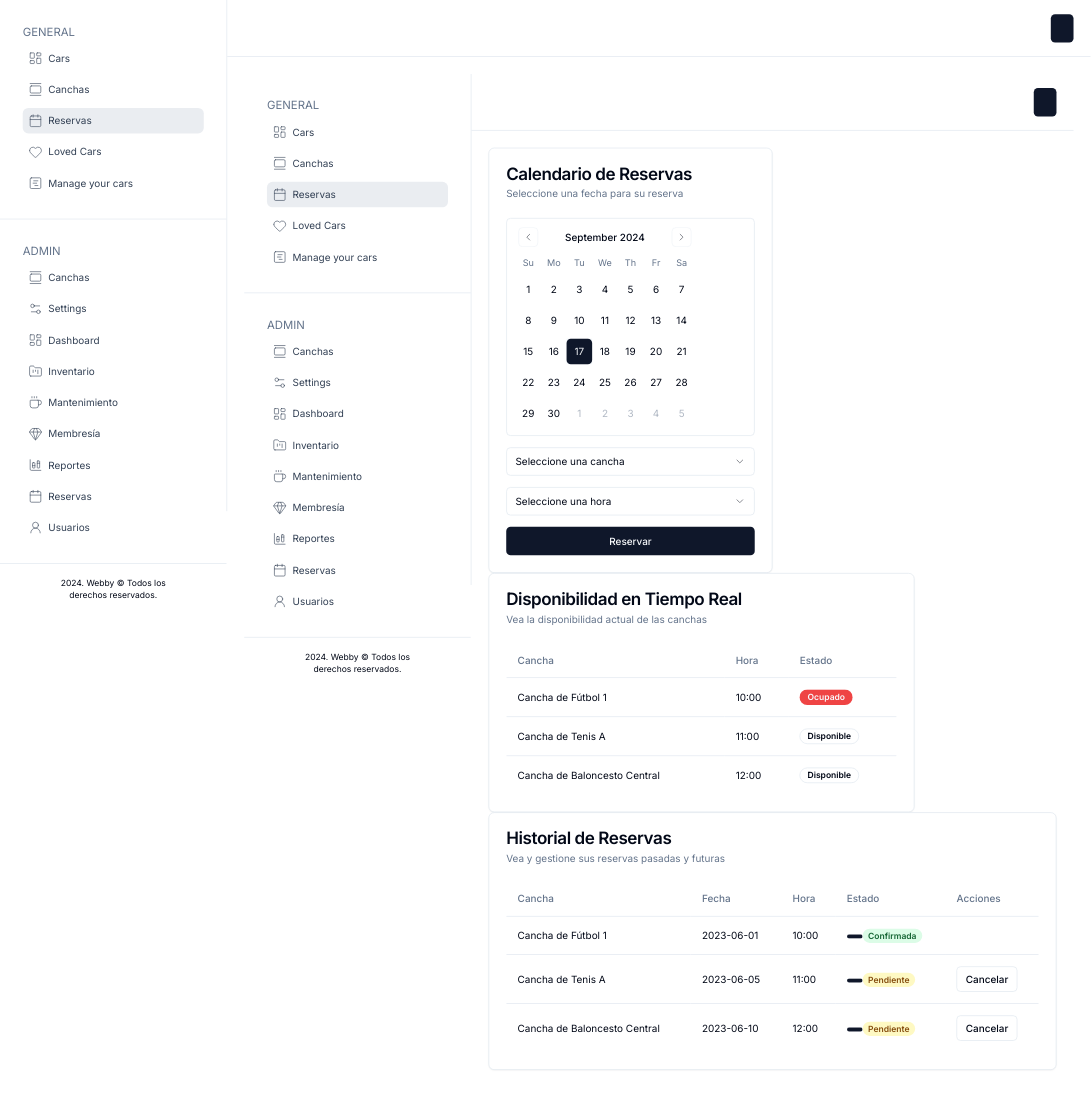
Repository: Jackson-sch/cdeporte
Page: /reservas
These files come from the project's save history. The page is drawn as it stood at one moment and after the next save; the edit follows.
The browser window is 1280 px wide. The page is 1536 px wide, so the pictures cover 1536 px, including what lies to the right of the window. The pictures show the whole page, at 71% of full size.
The project was rebuilt for these pictures with package versions that can differ from the ones it lists, and the page was loaded fresh each time. The framework's server and built-in components were replaced by stand-ins that run in the browser. Also part of the build but not shown: next.config.mjs, src/components/ui/label.jsx, src/components/ui/input.jsx, src/components/Reservas/HistorialReserva.jsx.

Above is the page before, as saved 2024-09-17 20:00:25.

### src/app/layout.jsx
import { Inter } from "next/font/google";
import "./globals.css";
import { Toaster } from "@/components/ui/toaster";

const inter = Inter({ subsets: ["latin"] });

export const metadata = {
  title: "Create Next App",
  description: "Generated by create next app",
};

export default function RootLayout({ children }) {
  return (
    <html lang="en">
      <body className={inter.className}>
        {children}
        <Toaster />
        </body>
    </html>
  );
}

### src/app/(routes)/layout.jsx
import { NavbarDashboard } from "@/components/NavbarDashboard/NavbarDashboard";
import { Sidebar } from "@/components/Sidebar/Sidebar";




export default function LayoutDashboard({ children }) {
  return (
    <div className="flex w-full h-full">
      <div className="hidden h-full xl:block w-80 xl:fixed">
        <Sidebar />
      </div>
      <div className="w-full h-full xl:ml-80">
        <NavbarDashboard />
        <div className="p-6 h-max container">{children}</div>
      </div>
    </div>
  );
}

### src/app/(routes)/(cliente)/layout.jsx
import { NavbarDashboard } from "@/components/NavbarDashboard/NavbarDashboard";
import { Sidebar } from "@/components/Sidebar/Sidebar";




export default function LayoutDashboard({ children }) {
  return (
    <div className="flex w-full h-full">
      <div className="hidden h-full xl:block w-80 xl:fixed">
        <Sidebar />
      </div>
      <div className="w-full h-full xl:ml-80">
        <NavbarDashboard />
        <div className="p-6 h-max">{children}</div>
      </div>
    </div>
  );
}

### src/components/ui/toaster.jsx
"use client"

import {
  Toast,
  ToastClose,
  ToastDescription,
  ToastProvider,
  ToastTitle,
  ToastViewport,
} from "@/components/ui/toast"
import { useToast } from "@/components/ui/use-toast"

export function Toaster() {
  const { toasts } = useToast()

  return (
    (<ToastProvider>
      {toasts.map(function ({ id, title, description, action, ...props }) {
        return (
          (<Toast key={id} {...props}>
            <div className="grid gap-1">
              {title && <ToastTitle>{title}</ToastTitle>}
              {description && (
                <ToastDescription>{description}</ToastDescription>
              )}
            </div>
            {action}
            <ToastClose />
          </Toast>)
        );
      })}
      <ToastViewport />
    </ToastProvider>)
  );
}

### src/components/NavbarDashboard/NavbarDashboard.jsx
import { Sheet, SheetContent, SheetTrigger } from "@/components/ui/sheet";
import {Button } from "@/components/ui/button";
import { Menu } from "lucide-react";
import { SidebarRoutes } from "../SidebarRoutes/SidebarRoutes";



export function NavbarDashboard() {
  return (
    <nav className="flex items-center justify-between w-full h-20 px-2 border-b gap-x-4 md:px-6 bg-background">
      <div className="block xl:hidden">
        <Sheet>
          <SheetTrigger className="flex items-center">
            <Menu />
          </SheetTrigger>
          <SheetContent side="left">
            <SidebarRoutes />
          </SheetContent>
        </Sheet>
      </div>
      <div className="flex items-center justify-end w-full gap-x-2">
        <Button />
      </div>
    </nav>
  );
}

### src/components/Sidebar/Sidebar.jsx
import { SidebarRoutes } from "../SidebarRoutes/SidebarRoutes";


export function Sidebar() {
  return (
    <div className="h-screen">
      <div className="flex flex-col h-full border-r">
        <SidebarRoutes />
      </div>
    </div>
  );
}

### src/components/ui/card.jsx
import * as React from "react"

import { cn } from "@/lib/utils"

const Card = React.forwardRef(({ className, ...props }, ref) => (
  <div
    ref={ref}
    className={cn("rounded-lg border bg-card text-card-foreground shadow-sm", className)}
    {...props} />
))
Card.displayName = "Card"

const CardHeader = React.forwardRef(({ className, ...props }, ref) => (
  <div
    ref={ref}
    className={cn("flex flex-col space-y-1.5 p-6", className)}
    {...props} />
))
CardHeader.displayName = "CardHeader"

const CardTitle = React.forwardRef(({ className, ...props }, ref) => (
  <h3
    ref={ref}
    className={cn("text-2xl font-semibold leading-none tracking-tight", className)}
    {...props} />
))
CardTitle.displayName = "CardTitle"

const CardDescription = React.forwardRef(({ className, ...props }, ref) => (
  <p
    ref={ref}
    className={cn("text-sm text-muted-foreground", className)}
    {...props} />
))
CardDescription.displayName = "CardDescription"

const CardContent = React.forwardRef(({ className, ...props }, ref) => (
  <div ref={ref} className={cn("p-6 pt-0", className)} {...props} />
))
CardContent.displayName = "CardContent"

const CardFooter = React.forwardRef(({ className, ...props }, ref) => (
  <div
    ref={ref}
    className={cn("flex items-center p-6 pt-0", className)}
    {...props} />
))
CardFooter.displayName = "CardFooter"

export { Card, CardHeader, CardFooter, CardTitle, CardDescription, CardContent }

### src/components/ui/button.jsx
import * as React from "react"
import { Slot } from "@radix-ui/react-slot"
import { cva } from "class-variance-authority";

import { cn } from "@/lib/utils"

const buttonVariants = cva(
  "inline-flex items-center justify-center whitespace-nowrap rounded-md text-sm font-medium ring-offset-background transition-colors focus-visible:outline-none focus-visible:ring-2 focus-visible:ring-ring focus-visible:ring-offset-2 disabled:pointer-events-none disabled:opacity-50",
  {
    variants: {
      variant: {
        default: "bg-primary text-primary-foreground hover:bg-primary/90",
        destructive:
          "bg-destructive text-destructive-foreground hover:bg-destructive/90",
        outline:
          "border border-input bg-background hover:bg-accent hover:text-accent-foreground",
        secondary:
          "bg-secondary text-secondary-foreground hover:bg-secondary/80",
        ghost: "hover:bg-accent hover:text-accent-foreground",
        link: "text-primary underline-offset-4 hover:underline",
      },
      size: {
        default: "h-10 px-4 py-2",
        sm: "h-9 rounded-md px-3",
        lg: "h-11 rounded-md px-8",
        icon: "h-10 w-10",
      },
    },
    defaultVariants: {
      variant: "default",
      size: "default",
    },
  }
)

const Button = React.forwardRef(({ className, variant, size, asChild = false, ...props }, ref) => {
  const Comp = asChild ? Slot : "button"
  return (
    (<Comp
      className={cn(buttonVariants({ variant, size, className }))}
      ref={ref}
      {...props} />)
  );
})
Button.displayName = "Button"

export { Button, buttonVariants }

### src/components/Reservas/RealTimeAvailability.jsx
'use client'
import React, { useState, useEffect } from 'react'
import { Card, CardHeader, CardTitle, CardDescription, CardContent } from "@/components/ui/card"
import { Table, TableBody, TableCell, TableHead, TableHeader, TableRow } from "@/components/ui/table"
import { Badge } from "@/components/ui/badge"

export default function RealTimeAvailability() {
  const [availability, setAvailability] = useState([])

  useEffect(() => {
    // Simulación de actualización en tiempo real
    const interval = setInterval(() => {
      const newAvailability = [
        { id: 1, court: "Cancha de Fútbol 1", time: "10:00", status: Math.random() > 0.5 ? "Disponible" : "Ocupado" },
        { id: 2, court: "Cancha de Tenis A", time: "11:00", status: Math.random() > 0.5 ? "Disponible" : "Ocupado" },
        { id: 3, court: "Cancha de Baloncesto Central", time: "12:00", status: Math.random() > 0.5 ? "Disponible" : "Ocupado" },
      ]
      setAvailability(newAvailability)
    }, 5000) // Actualiza cada 5 segundos

    return () => clearInterval(interval)
  }, [])

  return (
    <Card className="w-[600px]">
      <CardHeader>
        <CardTitle>Disponibilidad en Tiempo Real</CardTitle>
        <CardDescription>Vea la disponibilidad actual de las canchas</CardDescription>
      </CardHeader>
      <CardContent>
        <Table>
          <TableHeader>
            <TableRow>
              <TableHead>Cancha</TableHead>
              <TableHead>Hora</TableHead>
              <TableHead>Estado</TableHead>
            </TableRow>
          </TableHeader>
          <TableBody>
            {availability.map((item) => (
              <TableRow key={item.id}>
                <TableCell>{item.court}</TableCell>
                <TableCell>{item.time}</TableCell>
                <TableCell>
                  <Badge variant={item.status === "Disponible" ? "success" : "destructive"}>
                    {item.status}
                  </Badge>
                </TableCell>
              </TableRow>
            ))}
          </TableBody>
        </Table>
      </CardContent>
    </Card>
  )
}

### src/components/Reservas/ReservationHistory.jsx
"0use client";
import React, { useState } from "react";
import {
  Card,
  CardHeader,
  CardTitle,
  CardDescription,
  CardContent,
} from "@/components/ui/card";
import {
  Table,
  TableBody,
  TableCell,
  TableHead,
  TableHeader,
  TableRow,
} from "@/components/ui/table";
import { Button } from "@/components/ui/button";
import {
  Dialog,
  DialogTrigger,
  DialogContent,
  DialogHeader,
  DialogTitle,
  DialogDescription,
  DialogFooter,
} from "@/components/ui/dialog";
import { Badge } from "../ui/badge";

export default function ReservationHistory() {
  const [reservations, setReservations] = useState([
    {
      id: 1,
      court: "Cancha de Fútbol 1",
      date: "2023-06-01",
      time: "10:00",
      status: "Confirmada",
    },
    {
      id: 2,
      court: "Cancha de Tenis A",
      date: "2023-06-05",
      time: "11:00",
      status: "Pendiente",
    },
    {
      id: 3,
      court: "Cancha de Baloncesto Central",
      date: "2023-06-10",
      time: "12:00",
      status: "Pendiente",
    },
  ]);

  const [selectedReservation, setSelectedReservation] = useState(null);
  const [isDialogOpen, setIsDialogOpen] = useState(false);

  const handleCancel = (id) => {
    setReservations(
      reservations.map((res) =>
        res.id === id ? { ...res, status: "Cancelada" } : res
      )
    );
    setIsDialogOpen(false);
  };

  return (
    <Card className="w-[800px]">
      <CardHeader>
        <CardTitle>Historial de Reservas</CardTitle>
        <CardDescription>
          Vea y gestione sus reservas pasadas y futuras
        </CardDescription>
      </CardHeader>
      <CardContent>
        <Table>
          <TableHeader>
            <TableRow>
              <TableHead>Cancha</TableHead>
              <TableHead>Fecha</TableHead>
              <TableHead>Hora</TableHead>
              <TableHead>Estado</TableHead>
              <TableHead>Acciones</TableHead>
            </TableRow>
          </TableHeader>
          <TableBody>
            {reservations.map((reservation) => (
              <TableRow key={reservation.id}>
                <TableCell>{reservation.court}</TableCell>
                <TableCell>{reservation.date}</TableCell>
                <TableCell>{reservation.time}</TableCell>
                <TableCell>
                  <Badge>

                  </Badge>
                  <span
                    className={`px-2 inline-flex text-xs leading-5 font-semibold rounded-full
                    ${
                      reservation.status === "Confirmada"
                        ? "bg-green-100 text-green-800"
                        : reservation.status === "Cancelada"
                        ? "bg-red-100 text-red-800"
                        : "bg-yellow-100 text-yellow-800"
                    }`}
                  >
                    {reservation.status}
                  </span>
                </TableCell>
                <TableCell>
                  {reservation.status === "Pendiente" && (
                    <Dialog open={isDialogOpen} onOpenChange={setIsDialogOpen}>
                      <DialogTrigger asChild>
                        <Button
                          variant="outline"
                          size="sm"
                          onClick={() => setSelectedReservation(reservation)}
                        >
                          Cancelar
                        </Button>
                      </DialogTrigger>
                      <DialogContent>
                        <DialogHeader>
                          <DialogTitle>Confirmar Cancelación</DialogTitle>
                          <DialogDescription>
                            ¿Está seguro que desea cancelar esta reserva?
                          </DialogDescription>
                        </DialogHeader>
                        <DialogFooter>
                          <Button
                            variant="outline"
                            onClick={() => setIsDialogOpen(false)}
                          >
                            No, mantener reserva
                          </Button>
                          <Button
                            variant="destructive"
                            onClick={() => handleCancel(selectedReservation.id)}
                          >
                            Sí, cancelar reserva
                          </Button>
                        </DialogFooter>
                      </DialogContent>
                    </Dialog>
                  )}
                </TableCell>
              </TableRow>
            ))}
          </TableBody>
        </Table>
      </CardContent>
    </Card>
  );
}

### src/components/SidebarRoutes/SidebarRoutes.jsx
"use client";

import { Separator } from "@/components/ui/separator";
import { dataAdminSidebar, dataGeneralSidebar } from "./SidebarRoute.data";
import { SidebarItem } from "./SidebarItem/SidebarItem";



export function SidebarRoutes() {

  return (
    <div className="flex flex-col justify-between h-full">
      <div>
        <div className="p-4 md:p-8">
          <p className="mb-2 text-slate-500">GENERAL</p>
          {dataGeneralSidebar.map((item) => (
            <SidebarItem key={item.label} item={item} />
          ))}
        </div>

        <Separator />

          <div className="p-4 md:p-8">
            <p className="mb-2 text-slate-500">ADMIN</p>
            {dataAdminSidebar.map((item) => (
              <SidebarItem key={item.label} item={item} />
            ))}
          </div>
      </div>

      <div>
        <Separator />

        <footer className="px-6 py-2 mt-3 text-center text-xs text-pretty">
          2024. Webby © Todos los derechos reservados.
        </footer>
      </div>
    </div>
  );
}

### src/components/ui/table.jsx
import * as React from "react"

import { cn } from "@/lib/utils"

const Table = React.forwardRef(({ className, ...props }, ref) => (
  <div className="relative w-full overflow-auto">
    <table
      ref={ref}
      className={cn("w-full caption-bottom text-sm", className)}
      {...props} />
  </div>
))
Table.displayName = "Table"

const TableHeader = React.forwardRef(({ className, ...props }, ref) => (
  <thead ref={ref} className={cn("[&_tr]:border-b", className)} {...props} />
))
TableHeader.displayName = "TableHeader"

const TableBody = React.forwardRef(({ className, ...props }, ref) => (
  <tbody
    ref={ref}
    className={cn("[&_tr:last-child]:border-0", className)}
    {...props} />
))
TableBody.displayName = "TableBody"

const TableFooter = React.forwardRef(({ className, ...props }, ref) => (
  <tfoot
    ref={ref}
    className={cn("border-t bg-muted/50 font-medium [&>tr]:last:border-b-0", className)}
    {...props} />
))
TableFooter.displayName = "TableFooter"

const TableRow = React.forwardRef(({ className, ...props }, ref) => (
  <tr
    ref={ref}
    className={cn(
      "border-b transition-colors hover:bg-muted/50 data-[state=selected]:bg-muted",
      className
    )}
    {...props} />
))
TableRow.displayName = "TableRow"

const TableHead = React.forwardRef(({ className, ...props }, ref) => (
  <th
    ref={ref}
    className={cn(
      "h-12 px-4 text-left align-middle font-medium text-muted-foreground [&:has([role=checkbox])]:pr-0",
      className
    )}
    {...props} />
))
TableHead.displayName = "TableHead"

const TableCell = React.forwardRef(({ className, ...props }, ref) => (
  <td
    ref={ref}
    className={cn("p-4 align-middle [&:has([role=checkbox])]:pr-0", className)}
    {...props} />
))
TableCell.displayName = "TableCell"

const TableCaption = React.forwardRef(({ className, ...props }, ref) => (
  <caption
    ref={ref}
    className={cn("mt-4 text-sm text-muted-foreground", className)}
    {...props} />
))
TableCaption.displayName = "TableCaption"

export {
  Table,
  TableHeader,
  TableBody,
  TableFooter,
  TableHead,
  TableRow,
  TableCell,
  TableCaption,
}

### src/components/ui/badge.jsx
import * as React from "react"
import { cva } from "class-variance-authority";

import { cn } from "@/lib/utils"

const badgeVariants = cva(
  "inline-flex items-center rounded-full border px-2.5 py-0.5 text-xs font-semibold transition-colors focus:outline-none focus:ring-2 focus:ring-ring focus:ring-offset-2",
  {
    variants: {
      variant: {
        default:
          "border-transparent bg-primary text-primary-foreground hover:bg-primary/80",
        secondary:
          "border-transparent bg-secondary text-secondary-foreground hover:bg-secondary/80",
        destructive:
          "border-transparent bg-destructive text-destructive-foreground hover:bg-destructive/80",
        outline: "text-foreground",
      },
    },
    defaultVariants: {
      variant: "default",
    },
  }
)

function Badge({
  className,
  variant,
  ...props
}) {
  return (<div className={cn(badgeVariants({ variant }), className)} {...props} />);
}

export { Badge, badgeVariants }

### src/components/SidebarRoutes/SidebarRoute.data.jsx
import {
  Calendar,
  Car,
  ChartColumnStacked,
  Coffee,
  FolderKanban,
  GalleryVertical,
  Gem,
  Heart,
  LayoutDashboard,
  Settings2,
  SquareGanttChart,
  User2,
} from "lucide-react";

export const dataGeneralSidebar = [
  {
    icon: LayoutDashboard,
    label: "Cars",
    href: "/dashboard",
  },
  {
    icon: GalleryVertical,
    label: "Canchas",
    href: "/canchas",
  },
  {
    icon: Calendar,
    label: "Reservas",
    href: "/reservas",
  },
  {
    icon: Heart,
    label: "Loved Cars",
    href: "/loved-cars",
  },
  {
    icon: SquareGanttChart,
    label: "Manage your cars",
    href: "/canchitas",
  },
];

export const dataAdminSidebar = [
  {
    icon: GalleryVertical,
    label: "Canchas",
    href: "/admin/canchas",
  },
  {
    icon: Settings2,
    label: "Settings",
    href: "/admin/configuracion",
  },
  {
    icon: LayoutDashboard,
    label: "Dashboard",
    href: "/admin/dashboard",
  },
  {
    icon: FolderKanban,
    label: "Inventario",
    href: "/admin/inventario",
  },
  {
    icon: Coffee,
    label: "Mantenimiento",
    href: "/admin/mantenimiento",
  },
  {
    icon: Gem,
    label: "Membresía",
    href: "/admin/membresia",
  },
  {
    icon: ChartColumnStacked,
    label: "Reportes",
    href: "/admin/reportes",
  },
  {
    icon: Calendar,
    label: "Reservas",
    href: "/admin/reservas",
  },
  {
    icon: User2,
    label: "Usuarios",
    href: "/admin/usuarios",
  },
];

### src/components/SidebarRoutes/SidebarItem/SidebarItem.jsx
import Link from "next/link";
import { cn } from "@/lib/utils";
import { usePathname } from "next/navigation";

export function SidebarItem({item}) {
  const { href, icon: Icon, label } = item;

  const pathname = usePathname();

  const activePath = pathname === href;

  return (
    <Link
      href={href}
      className={cn(
        `flex gap-x-2 mt-2 text-slate-700 text-sm items-center hover:bg-slate-300/20 p-2 rounded-lg cursor-pointer`,
        activePath && "bg-slate-400/20"
      )}
    >
      <Icon className="h-5 w-5" strokeWidth={1} />
      {label}
    </Link>
  );
}

Loaded but not shown: src/app/globals.css (common file); src/lib/utils.js (common file); src/components/ui/separator.jsx (common file); tailwind.config.js (common file); src/components/ui/use-toast.js (155 lines, source omitted); src/components/ui/select.jsx (122 lines, source omitted); src/app/(routes)/(cliente)/reservas/page.jsx (111 lines, source omitted); src/components/ui/toast.jsx (83 lines, source omitted); src/components/ui/sheet.jsx (109 lines, source omitted); src/components/ui/dialog.jsx (96 lines, source omitted); src/components/ui/calendar.jsx (62 lines, source omitted)

After the next save:
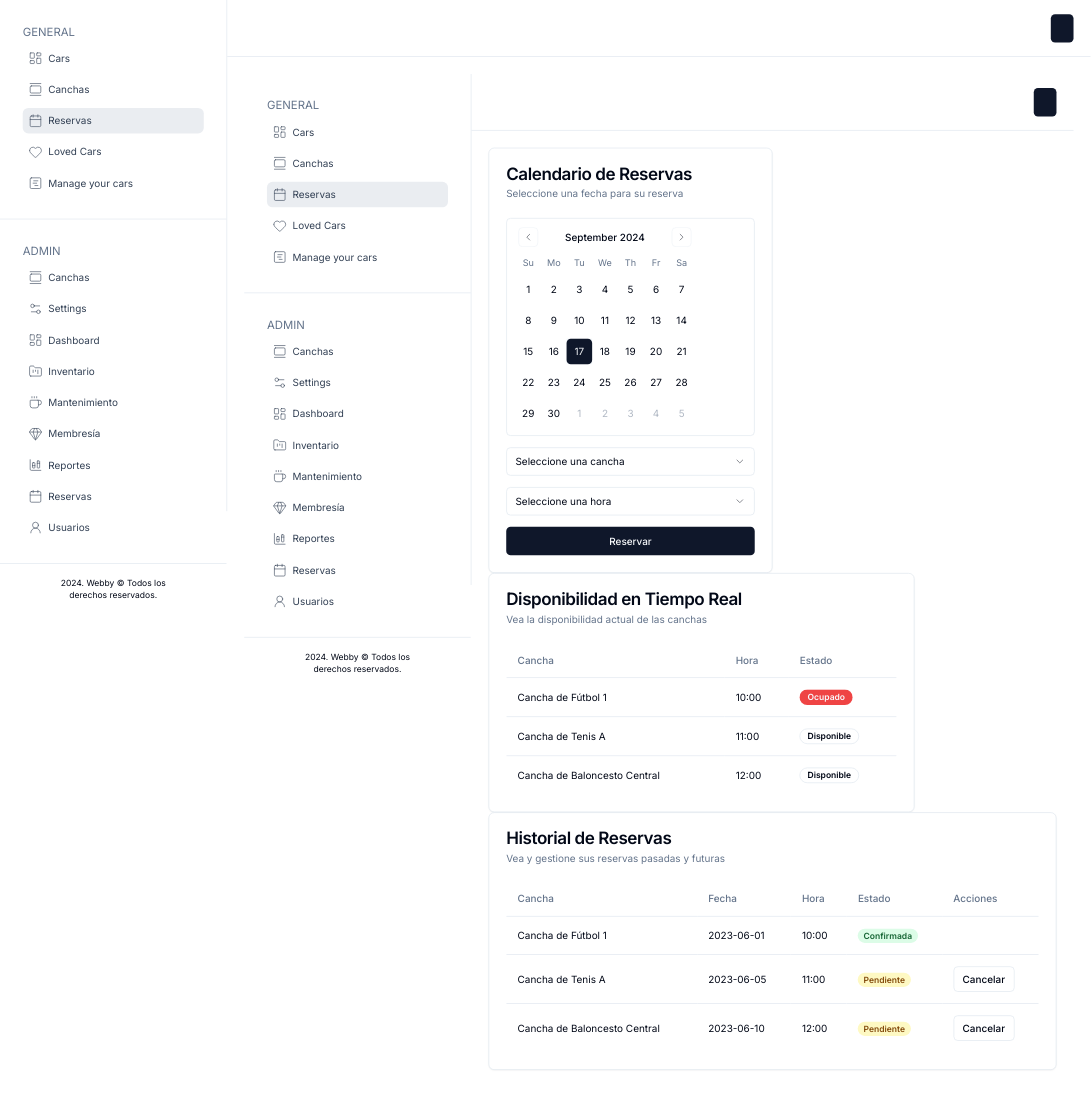
Saved 5 s later.
--- a/src/components/Reservas/ReservationHistory.jsx
+++ b/src/components/Reservas/ReservationHistory.jsx
@@ -25,7 +25,6 @@ import {
   DialogDescription,
   DialogFooter,
 } from "@/components/ui/dialog";
-import { Badge } from "../ui/badge";
 
 export default function ReservationHistory() {
   const [reservations, setReservations] = useState([
@@ -90,9 +89,6 @@ export default function ReservationHistory() {
                 <TableCell>{reservation.date}</TableCell>
                 <TableCell>{reservation.time}</TableCell>
                 <TableCell>
-                  <Badge>
-
-                  </Badge>
                   <span
                     className={`px-2 inline-flex text-xs leading-5 font-semibold rounded-full
                     ${
